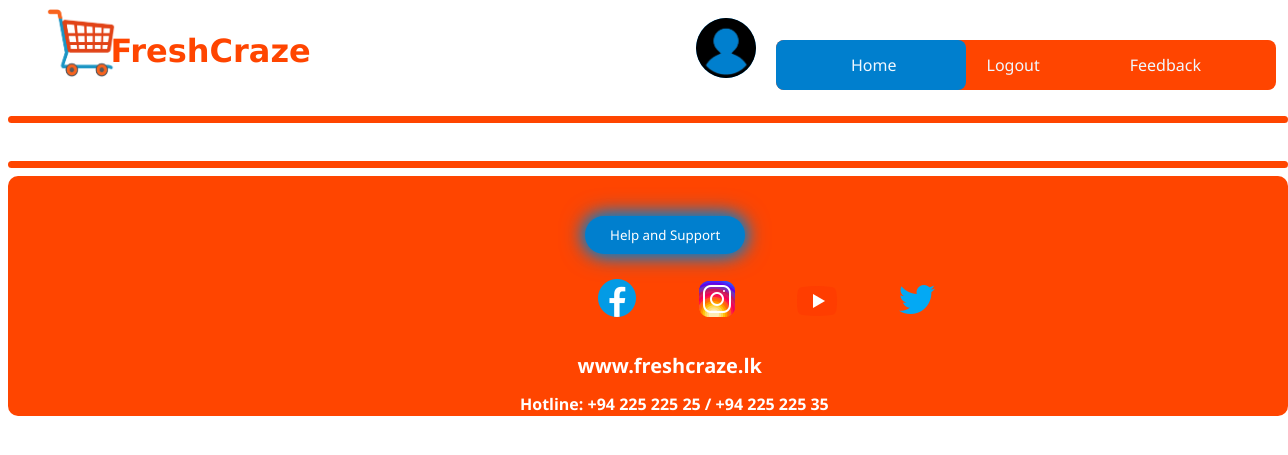
Repository: chamarac2002/FreshCraze
Page: http://localhost/CustomerDemo/userfeedback.jsp
The author's editor kept a copy of each file at every save. The page is drawn from the files as they stood at one save, then again after the next save.
The browser window is 1280 px wide. The page is 1288 px wide, so the pictures cover 1288 px, including what lies to the right of the window. The pictures show the whole page.
The page is served by Tomcat 9. Nobody is signed in. The application's start-up code is not run. The template is opened directly, without the code that normally fills it, so the values that code supplies are empty.

Above is the page before, as saved 2024-05-11 15:53:04.

After the next save:
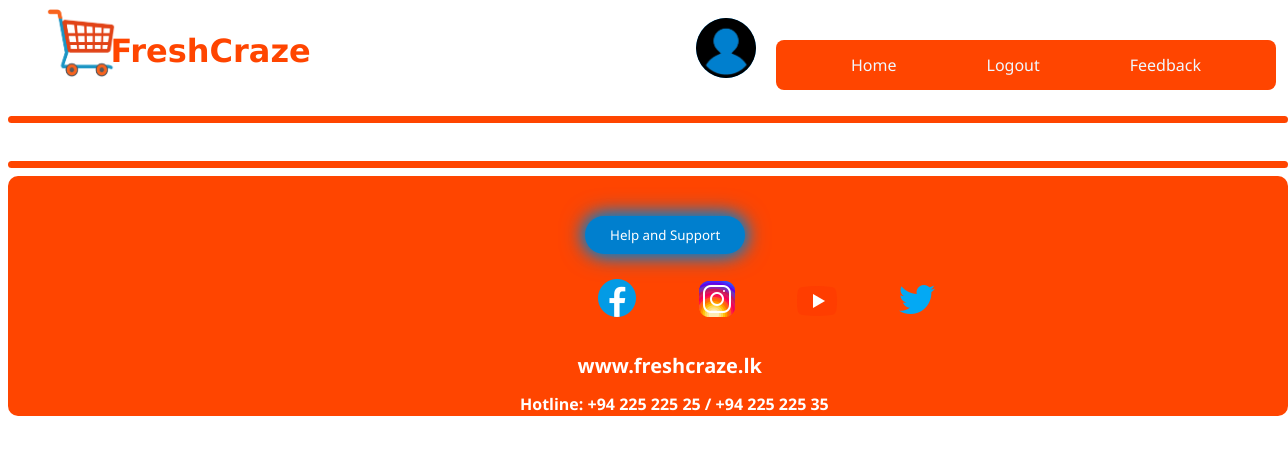
Saved 81 s later.
--- a/CustomerDemo/src/main/webapp/userfeedback.jsp
+++ b/CustomerDemo/src/main/webapp/userfeedback.jsp
@@ -26,7 +26,6 @@
         <a href="HomePageAL.jsp">Home</a>
         <a href="HomePage.jsp">Logout</a>
         <a href="feedbackLog.jsp">Feedback</a>
-        <span></span>
     </nav>
 
 <hr class="topic_line">
